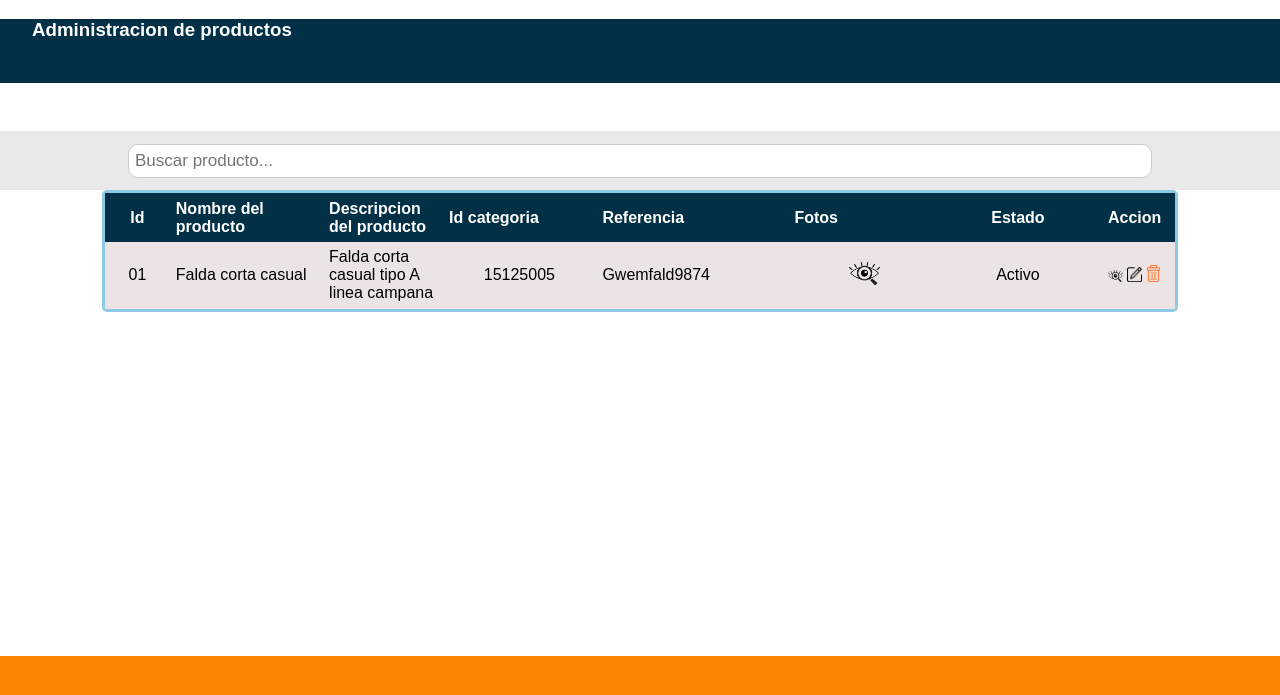
Repository: AlexanderBarona/Proyecto_Ciclo3_Mintic
Page: PaginaWeb/pages/listar_productos.html
These files come from the project's save history. The page is drawn as it stood at one moment and after the next save; the edit follows.
The browser window is 1280 px wide. The pictures show the whole page.

Above is the page before, as saved 2021-09-30 15:33:52.

After the next save:
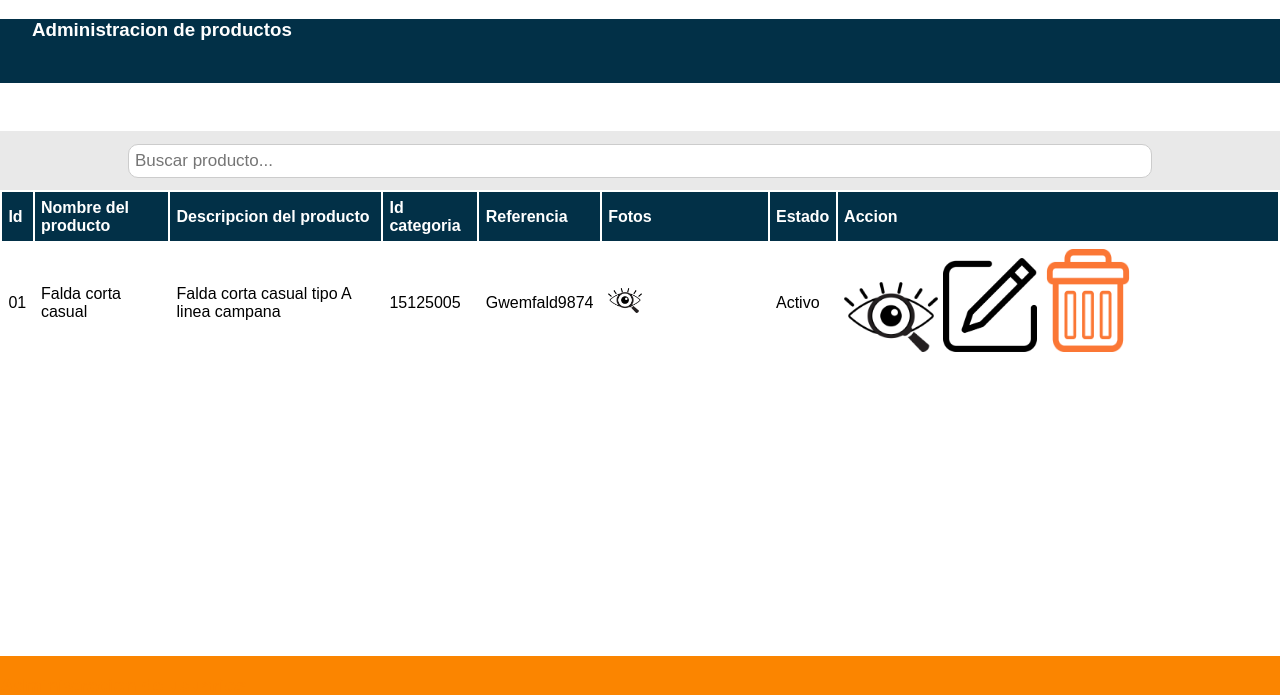
Saved 2 min 1 s later.
--- a/PaginaWeb/pages/listar_productos.html
+++ b/PaginaWeb/pages/listar_productos.html
@@ -19,7 +19,7 @@
         </div>
 
         <div class="table_principal">
-            <table class="table_entity">
+            <table class="table_entity3">
 
               <tbody class="table_body" >
 
